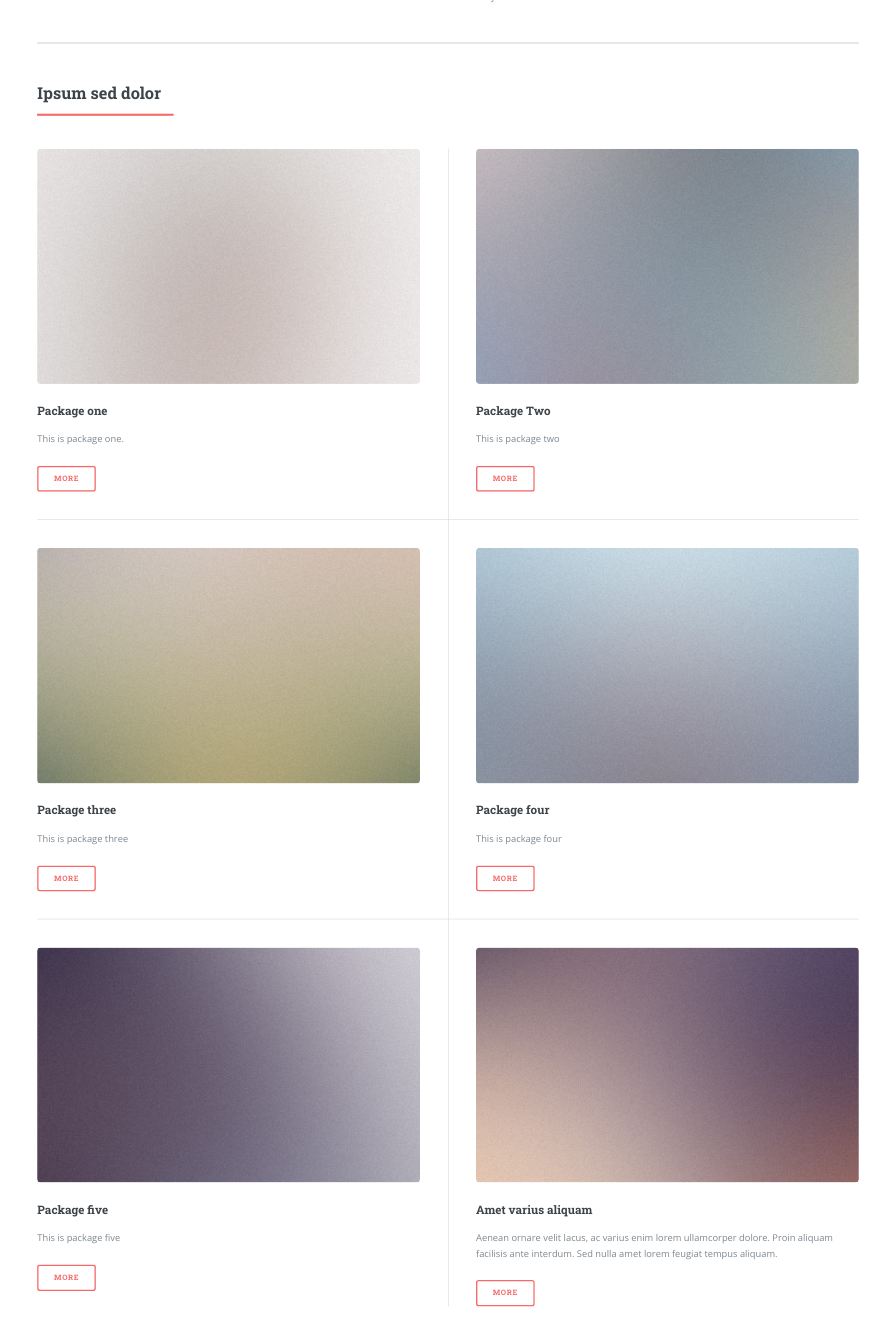
Repository: rachel648/New_Elite
Page: index.html
These files come from the project's save history. The page is drawn as it stood at one moment and after the next save; the edit follows.
The browser window is 1280 px wide. The pictures show the part of the page from y = 1849 to 3769 px (the page is 3769 px tall before and 3747 px after), at 70% of full size.

Above is the page before, as saved 2024-10-14 11:53:06.

### index.html
<!DOCTYPE HTML>
<html>
	<head>
		<title>ELITE SKATES</title>
		<meta charset="utf-8" />
		<meta name="viewport" content="width=device-width, initial-scale=1, user-scalable=no" />
		<link rel="stylesheet" href="assets/css/main.css" />
	</head>
	<body class="is-preload">

		<!-- Wrapper -->
			<div id="wrapper">

				<!-- Main -->
					<div id="main">
						<div class="inner">

							<!-- Header -->
								<header id="header">
									<a href="index.html" class="logo"><strong>ELITE </strong>SKATING CLUB</a>
									<ul class="icons">
										<li><a href="#" class="icon brands fa-twitter"><span class="label">Twitter</span></a></li>
										<li><a href="#" class="icon brands fa-facebook-f"><span class="label">Facebook</span></a></li>
										<li><a href="#" class="icon brands fa-snapchat-ghost"><span class="label">Snapchat</span></a></li>
										<li><a href="#" class="icon brands fa-instagram"><span class="label">Instagram</span></a></li>
										<li><a href="#" class="icon brands fa-medium-m"><span class="label">Medium</span></a></li>
									</ul>
								</header>

							<!-- Banner -->
								<section id="banner">
									<div class="content">
										<header>
											<h1>Welcome, Let's Skate!<br />
											With Mario</h1>
											<p>Join the thrill, boost your skills, and enjoy the ride with our skating community!</p>
										</header>
										<p>Skating is not only a fun way to stay active, but it also improves balance, coordination, and cardiovascular health. Whether you're cruising for fitness or gliding for fun, it's a great way to build strength and reduce stress while enjoying the outdoors."</p>
										<ul class="actions">
											<li><a href="#" class="button big">Learn More</a></li>
										</ul>
									</div>
									<span class="image object">
										<img src="images/skatetwo-removebg-preview.png" alt="" />
									</span>
								</section>

							<!-- Section -->
								<section>
									<header class="major">
										<h2>ACTIVITIES OFFERED:</h2>
									</header>
									<div class="features">
										<article>
											<span class="image object"></span>
											<img src="images/training.jpg" alt="" />
											<div class="content">
												<h3>BOOK YOUR TRAINING HERE!!</h3>
												<p>Let's get better at it</p>
											</div>
										</article>
										<article>
											<span class="image object">
										<img src="images/pinkskates.jpg-removebg-preview.png" alt="" />
											<div class="content">
												<h3>GET YOUR OWN SKATES!</h3>
												<p>At a cheap price</p>
											</div>
										</article>
										<article>
											<span class="image object">
												<img src="images/competition-removebg-preview.png" alt="" />
											<div class="content">
												<h3>BOOK A COMPETITION</h3>
												<p> Don't be left out</p>
										</article>
										<article>
											<span class="image object">
												<img src="images/blueskates-removebg-preview.png" alt="" />
											<div class="content">
												<h3>SPEED TESTING</h3>
												<p>Healthy stuff</p>
											</div>
										</article>
									</div>
								</section>

							<!-- Section -->
								<section>
									<header class="major">
										<h2>Ipsum sed dolor</h2>
									</header>
									<div class="posts">
										<article>
											<a href="#" class="image"><img src="images/pic01.jpg" alt="" /></a>
											<h3>Package one</h3>
											<p>This is package one.</p>
											<ul class="actions">
												<li><a href="#" class="button">More</a></li>
											</ul>
										</article>
										<article>
											<a href="#" class="image"><img src="images/pic02.jpg" alt="" /></a>
											<h3>Package Two</h3>
											<p>This is package two</p>
											<ul class="actions">
												<li><a href="#" class="button">More</a></li>
											</ul>
										</article>
										<article>
											<a href="#" class="image"><img src="images/pic03.jpg" alt="" /></a>
											<h3>Package three</h3>
											<p>This is package three</p>
											<ul class="actions">
												<li><a href="#" class="button">More</a></li>
											</ul>
										</article>
										<article>
											<a href="#" class="image"><img src="images/pic04.jpg" alt="" /></a>
											<h3>Package four</h3>
											<p>This is package four</p>
											<ul class="actions">
												<li><a href="#" class="button">More</a></li>
											</ul>
										</article>
										<article>
											<a href="#" class="image"><img src="images/pic05.jpg" alt="" /></a>
											<h3>Package five</h3>
											<p>This is package five</p>
											<ul class="actions">
												<li><a href="#" class="button">More</a></li>
											</ul>
										</article>
										<article>
											<a href="#" class="image"><img src="images/pic06.jpg" alt="" /></a>
											<h3>Amet varius aliquam</h3>
											<p>Aenean ornare velit lacus, ac varius enim lorem ullamcorper dolore. Proin aliquam facilisis ante interdum. Sed nulla amet lorem feugiat tempus aliquam.</p>
											<ul class="actions">
												<li><a href="#" class="button">More</a></li>
											</ul>
										</article>
									</div>
								</section>

						</div>
					</div>

				<!-- Sidebar -->
					<div id="sidebar">
						<div class="inner">

							<!-- Search -->
								<section id="search" class="alt">
									<form method="post" action="#">
										<input type="text" name="query" id="query" placeholder="Search" />
									</form>
								</section>

							<!-- Menu -->
								<nav id="menu">
									<header class="major">
										<h2>Menu</h2>
									</header>
									<ul>
										<li><a href="index.html">Homepage</a></li>
										<li><a href="generic.html">Generic</a></li>
										<li><a href="elements.html">Elements</a></li>
										<li>
											<span class="opener">Submenu</span>
											<ul>
												<li><a href="#">Lorem Dolor</a></li>
												<li><a href="#">Ipsum Adipiscing</a></li>
												<li><a href="#">Tempus Magna</a></li>
												<li><a href="#">Feugiat Veroeros</a></li>
											</ul>
										</li>
										<li><a href="#">Etiam Dolore</a></li>
										<li><a href="#">Adipiscing</a></li>
										<li>
											<span class="opener">Another Submenu</span>
											<ul>
												<li><a href="#">Lorem Dolor</a></li>
												<li><a href="#">Ipsum Adipiscing</a></li>
												<li><a href="#">Tempus Magna</a></li>
												<li><a href="#">Feugiat Veroeros</a></li>
											</ul>
										</li>
										<li><a href="#">Maximus Erat</a></li>
										<li><a href="#">Sapien Mauris</a></li>
										<li><a href="#">Amet Lacinia</a></li>
									</ul>
								</nav>

							<!-- Section -->
								<section>
									<header class="major">
										<h2>Ante interdum</h2>
									</header>
									<div class="mini-posts">
										<article>
											<a href="#" class="image"><img src="images/pic07.jpg" alt="" /></a>
											<p>Aenean ornare velit lacus, ac varius enim lorem ullamcorper dolore aliquam.</p>
										</article>
										<article>
											<a href="#" class="image"><img src="images/pic08.jpg" alt="" /></a>
											<p>Aenean ornare velit lacus, ac varius enim lorem ullamcorper dolore aliquam.</p>
										</article>
										<article>
											<a href="#" class="image"><img src="images/pic09.jpg" alt="" /></a>
											<p>Aenean ornare velit lacus, ac varius enim lorem ullamcorper dolore aliquam.</p>
										</article>
									</div>
									<ul class="actions">
										<li><a href="#" class="button">More</a></li>
									</ul>
								</section>

							<!-- Section -->
								<section>
									<header class="major">
										<h2>Get in touch</h2>
									</header>
									<p>Sed varius enim lorem ullamcorper dolore aliquam aenean ornare velit lacus, ac varius enim lorem ullamcorper dolore. Proin sed aliquam facilisis ante interdum. Sed nulla amet lorem feugiat tempus aliquam.</p>
									<ul class="contact">
										<li class="icon solid fa-envelope"><a href="#">information@untitled.tld</a></li>
										<li class="icon solid fa-phone">(000) 000-0000</li>
										<li class="icon solid fa-home">1234 Somewhere Road #8254<br />
										Nashville, TN 00000-0000</li>
									</ul>
								</section>

							<!-- Footer -->
								<footer id="footer">
									<p class="copyright">&copy; Untitled. All rights reserved. Demo Images: <a href="https://unsplash.com">Unsplash</a>. Design: <a href="https://html5up.net">HTML5 UP</a>.</p>
								</footer>

						</div>
					</div>

			</div>

		<!-- Scripts -->
			<script src="assets/js/jquery.min.js"></script>
			<script src="assets/js/browser.min.js"></script>
			<script src="assets/js/breakpoints.min.js"></script>
			<script src="assets/js/util.js"></script>
			<script src="assets/js/main.js"></script>

	</body>
</html>

Loaded but not shown: assets/css/fontawesome-all.min.css (library); assets/js/jquery.min.js (library); assets/js/browser.min.js (common file); assets/js/breakpoints.min.js (common file); assets/js/util.js (587 lines, source omitted); assets/js/main.js (262 lines, source omitted); assets/css/main.css (2284 lines, source omitted)

After the next save:
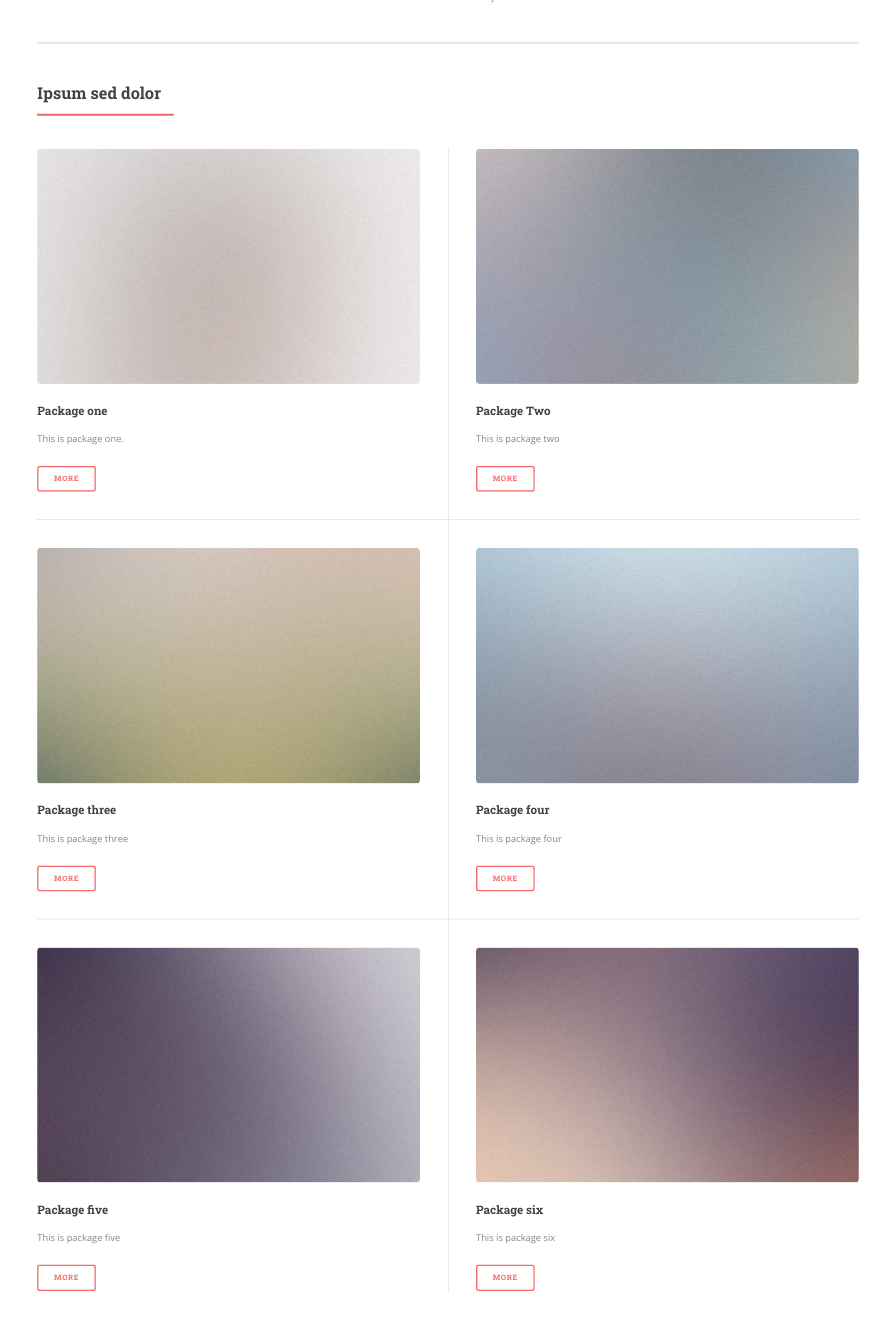
Saved 20 s later.
--- a/index.html
+++ b/index.html
@@ -133,8 +133,8 @@
 										</article>
 										<article>
 											<a href="#" class="image"><img src="images/pic06.jpg" alt="" /></a>
-											<h3>Amet varius aliquam</h3>
-											<p>Aenean ornare velit lacus, ac varius enim lorem ullamcorper dolore. Proin aliquam facilisis ante interdum. Sed nulla amet lorem feugiat tempus aliquam.</p>
+											<h3>Package six</h3>
+											<p>This is package six</p>
 											<ul class="actions">
 												<li><a href="#" class="button">More</a></li>
 											</ul>
